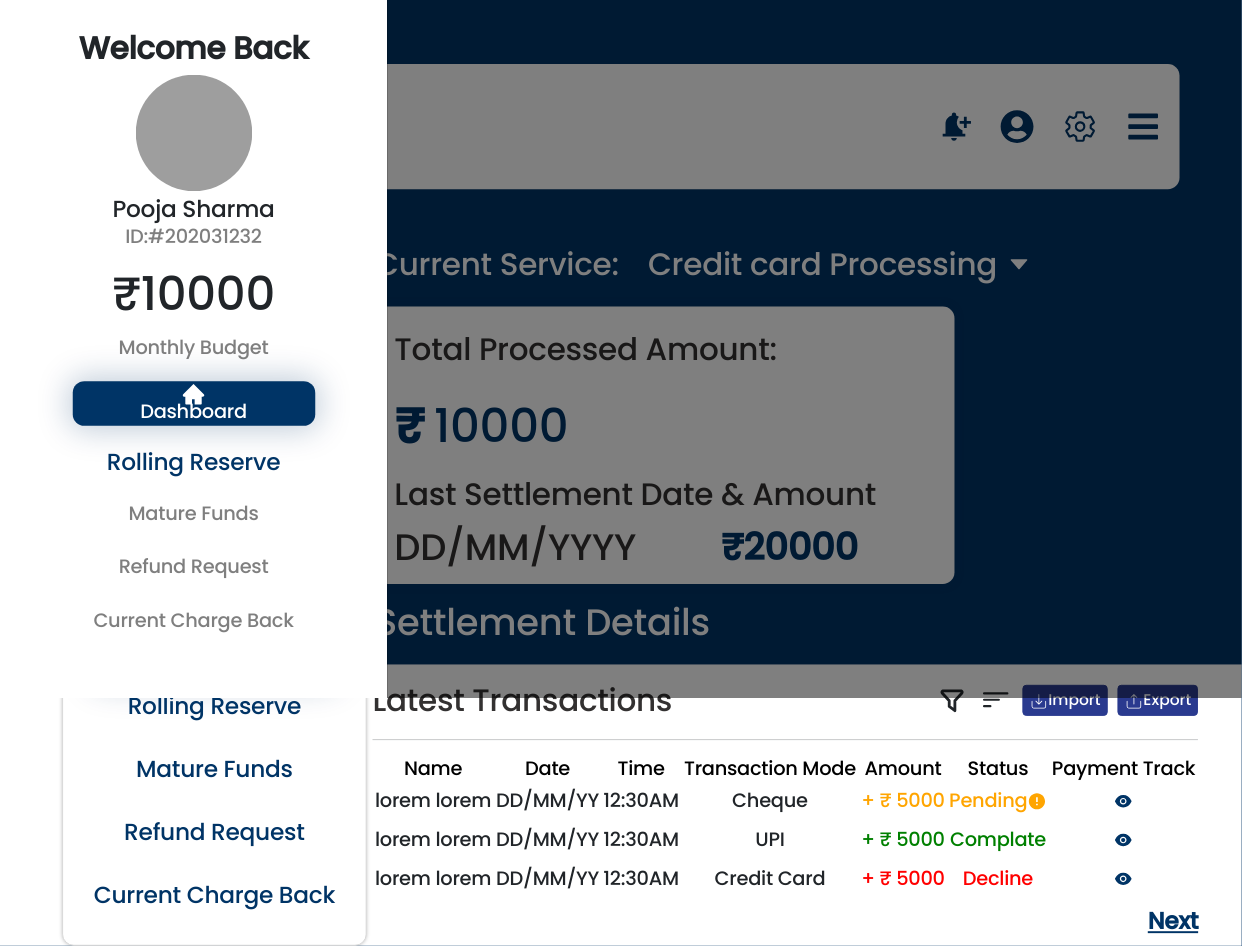
Repository: FlyweisReact/Prashant
Page: /dashboard, after clicking the first element matching `svg.bars`
An editor plug-in stored every save of this project. The page is shown before and after a run of saves, followed by the edit.
The browser window is 1280 px wide. The pictures show the whole page, at 97% of full size.
Pictures or frames that could not be fetched are drawn as grey boxes. Some web libraries are served in a nearby version. The project was rebuilt for these pictures with package versions that can differ from the ones it lists, and the page was loaded fresh each time. Also part of the build but not shown: src/Pages/CryptoPayment.jsx, src/Pages/CurrentCharge.jsx, src/Styles/Login.module.css, src/Components/Login/LoginFirstSection.jsx, src/Components/Login/LoginMainSection.jsx, src/Pages/Login.jsx, src/Pages/MatureFund.jsx, src/Pages/OpenBanking.jsx and 12 more.

Above is the page before, as saved 2023-03-23 18:09:12.

After the next 3 saves:
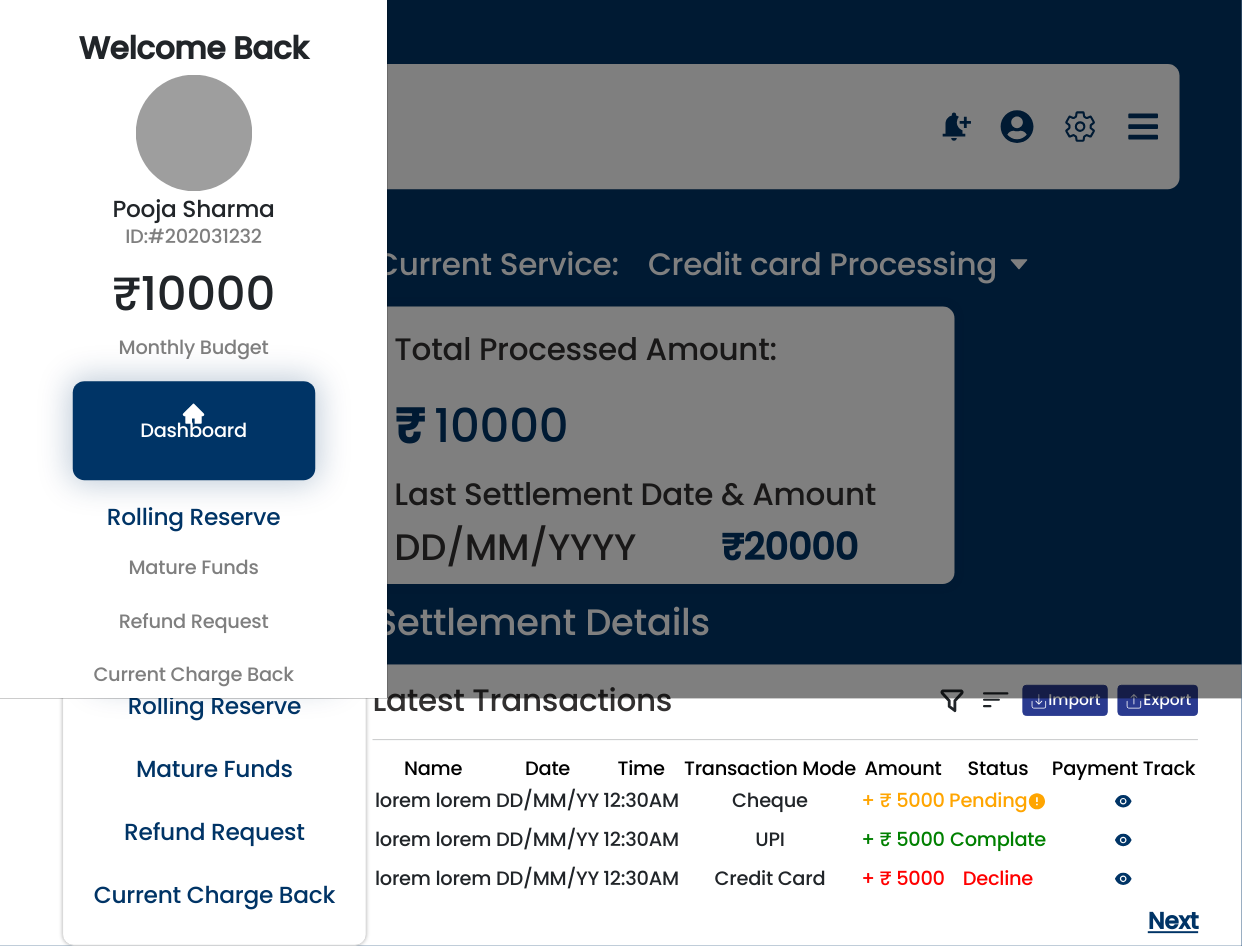
The 3 saves are shown as one change because they came seconds apart.
The last was saved 10 s later.
--- a/src/App.css
+++ b/src/App.css
@@ -208,8 +208,9 @@ color: rgba(0, 0, 0, 0.5);
 .offSideBarMain .active{
   width: 250px;
   /* height: 65px; */
-  padding-left: 10px;
-  padding-right: 10px;
+  /* padding-left: 10px; */
+  /* padding-right: 10px; */
+  padding: 20px;
   background: #003466;
   box-shadow: 0px 0px 32px 4px rgba(0, 52, 102, 0.25);
   border-radius: 12px;
